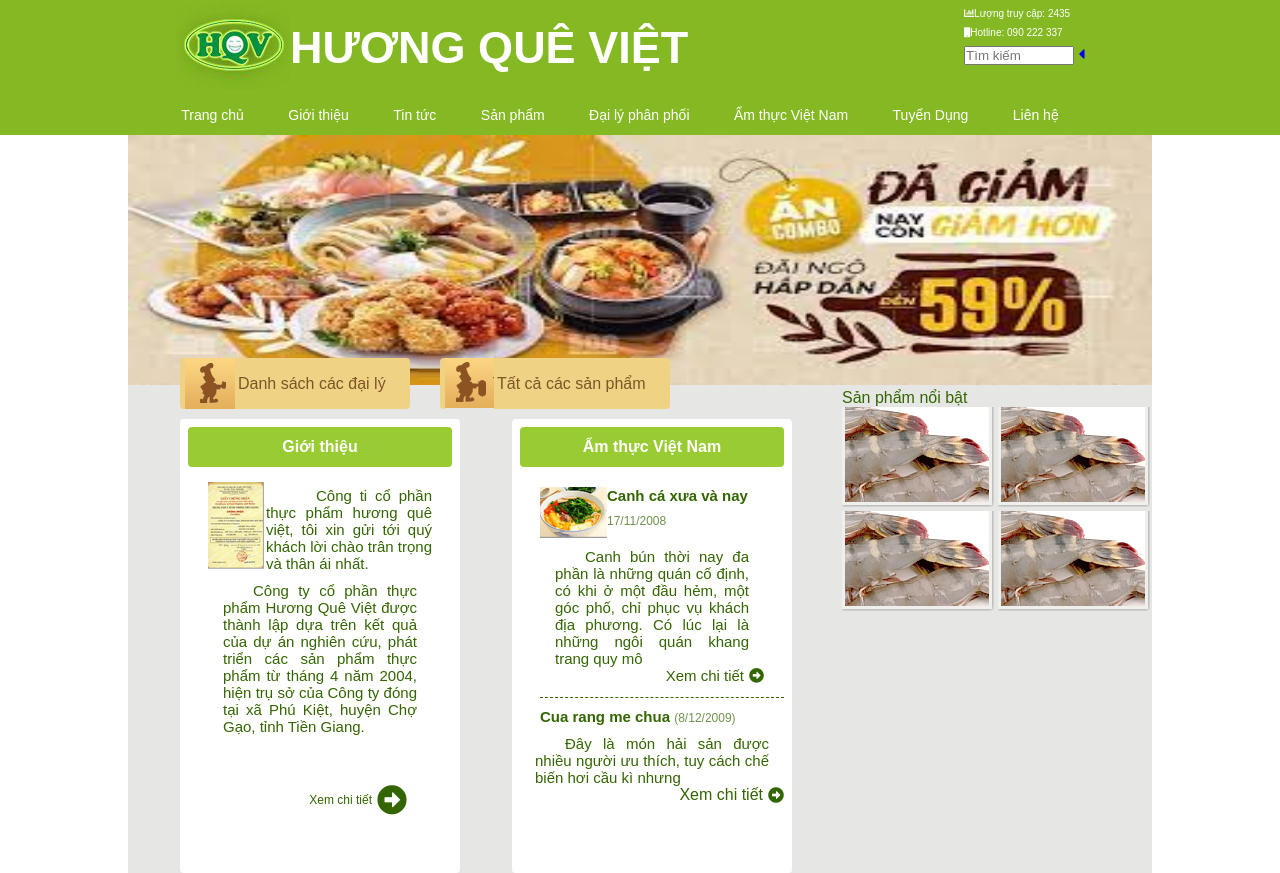
Repository: NgocTruong0701/Self_Learning
Page: html/practice/Baitapweb/index.html
These files come from the project's save history. The page is drawn as it stood at one moment and after a run of saves; the edit follows.
The browser window is 1280 px wide. The pictures show the whole page.

Above is the page before, as saved 2021-10-06 22:13:23.

After the next 2 saves:
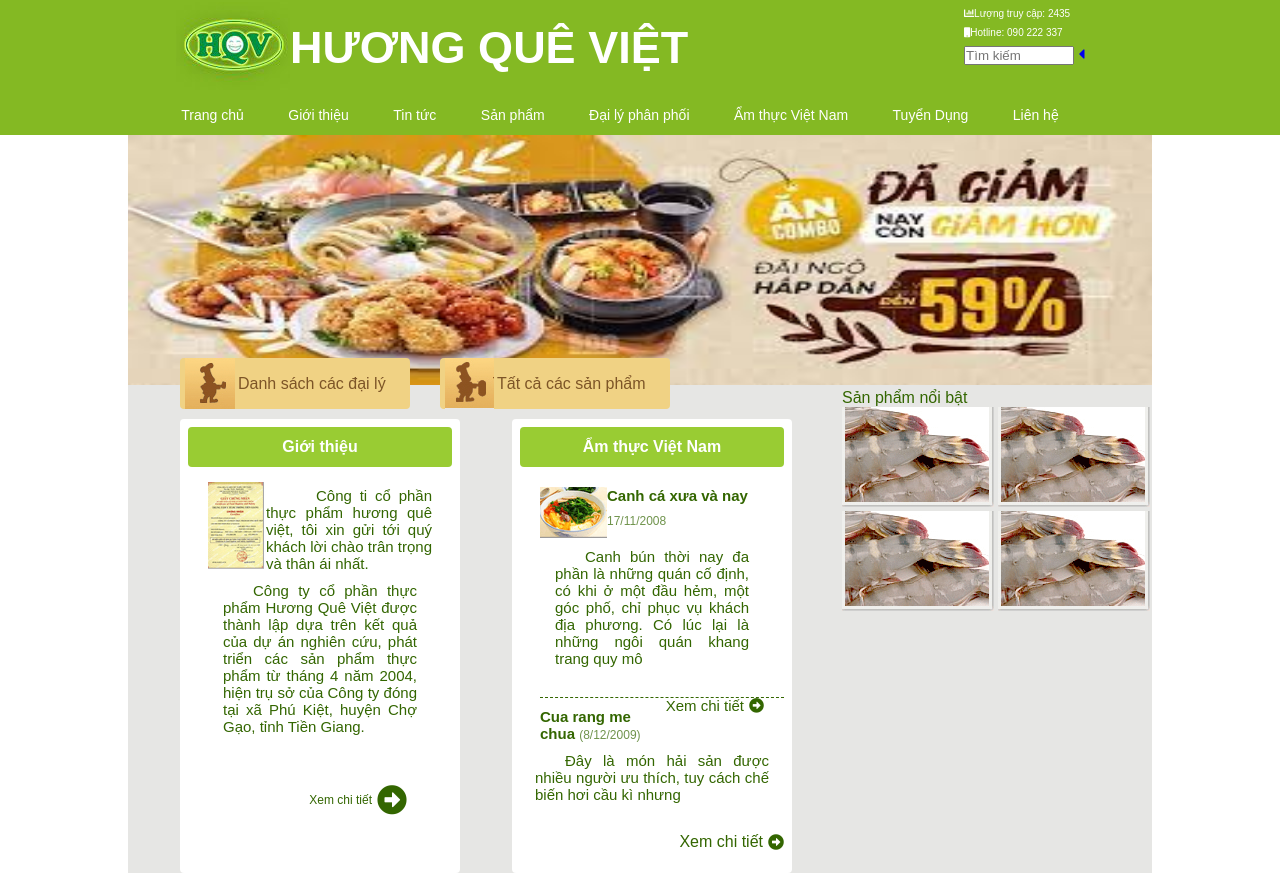
The 2 saves are shown as one change because they came seconds apart.
The last was saved 18 s later.
--- a/html/practice/Baitapweb/assets/css/styles.css
+++ b/html/practice/Baitapweb/assets/css/styles.css
@@ -233,7 +233,7 @@
     float: right;
     align-items: center;
     cursor: pointer;
-    margin-top:
+    margin-top:30px;
 }
 
 .text-more{
